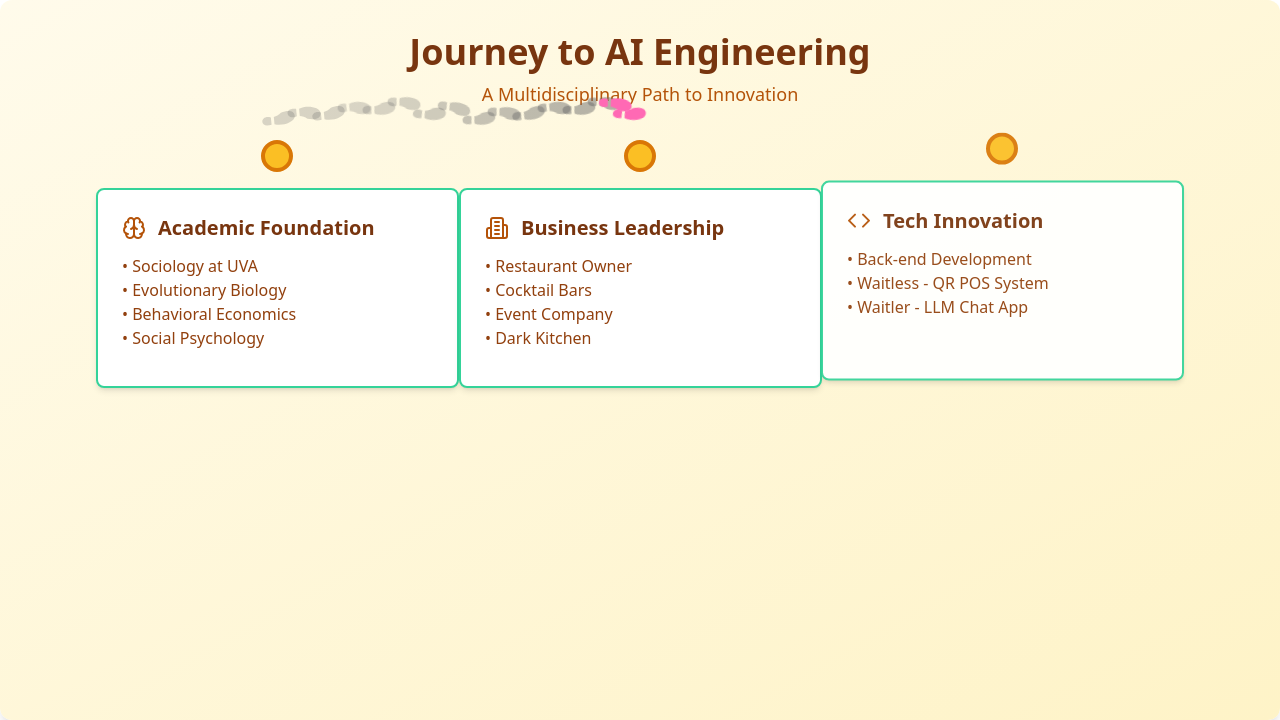
Repository: Galbaz1/dell_presentation
Page: /
An editor plug-in stored every save of this project. The page is shown before and after the next save, followed by the edit.
The browser window is 1280 px wide. The pictures show the whole page.
The project was rebuilt for these pictures with package versions that can differ from the ones it lists, and the page was loaded fresh each time. The framework's server and built-in components were replaced by stand-ins that run in the browser.

Above is the page before, as saved 2024-11-11 13:41:13.

After the next save:
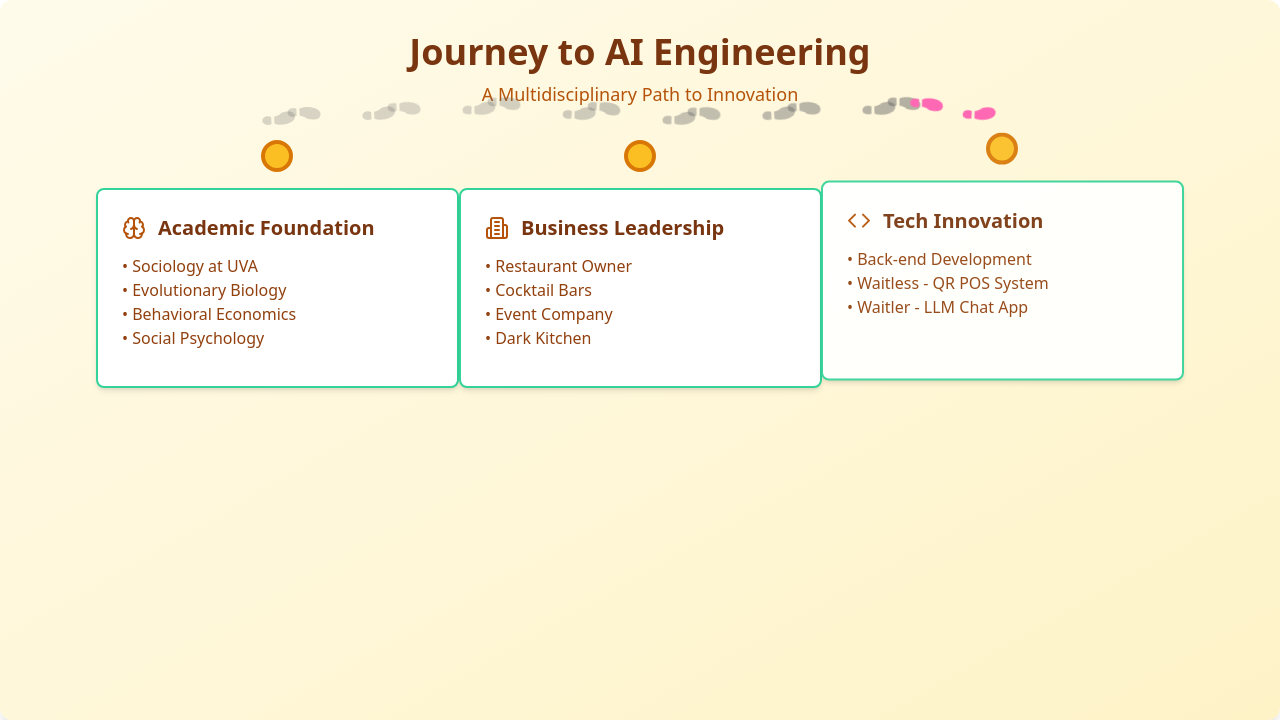
Saved 63 s later.
--- a/components/FootstepsAnimation.tsx
+++ b/components/FootstepsAnimation.tsx
@@ -47,25 +47,18 @@ const FootstepsAnimation: React.FC = () => {
     const flowingPath = [
       // Start at first orange circle (Academic Foundation)
       { x: 280, y: 100 },    // Starting at first circle
-      { x: 330, y: 95 },     // Gentle curve up
-      { x: 380, y: 90 },     // Peak
-      { x: 430, y: 95 },     // Coming down
-      { x: 480, y: 100 },    // Level out
-
-      // To second circle (Business Leadership)
-      { x: 530, y: 95 },     // Start rise
-      { x: 580, y: 90 },     // Peak
-      { x: 630, y: 95 },     // Coming down
+      { x: 380, y: 95 },     // Gentle curve up
+      { x: 480, y: 90 },     // Peak
+      { x: 580, y: 95 },     // Coming down
       { x: 680, y: 100 },    // Second circle position
 
       // To third circle (Tech Innovation)
-      { x: 730, y: 95 },     // Start final rise
-      { x: 780, y: 90 },     // Peak
-      { x: 830, y: 95 },     // Coming down
-      { x: 880, y: 100 },    // Third circle position
-      { x: 930, y: 95 },     // Extra point past third circle
-      { x: 980, y: 90 },     // Final position to ensure reaching end
-      { x: 1080, y: 100 },   // Complete the path beyond third circle
+      { x: 780, y: 95 },     // Start final rise
+      { x: 880, y: 90 },     // Peak
+      { x: 980, y: 95 },     // Coming down
+      { x: 1080, y: 100 },   // Third circle position
+      { x: 1180, y: 95 },    // Extra point past third circle
+      { x: 1280, y: 90 },    // Final position
     ];
 
     const createGhostTrail = (
